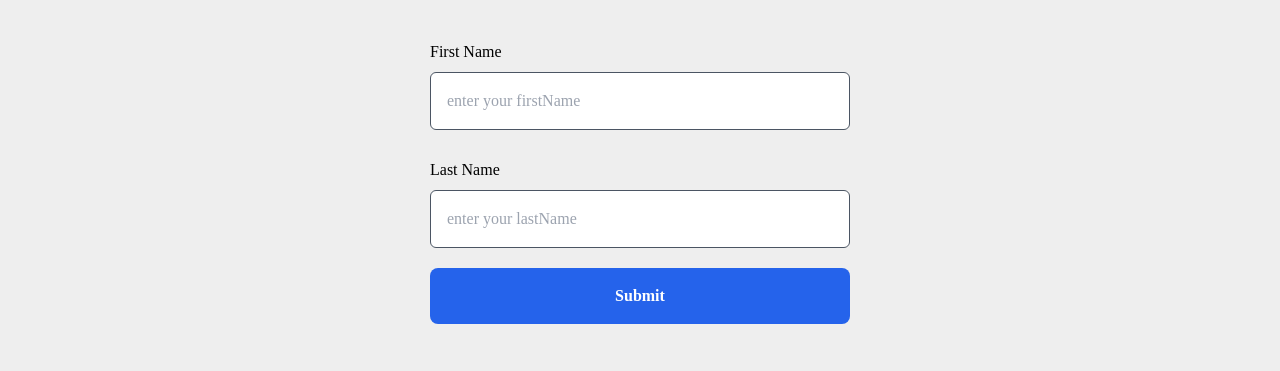
Repository: 16-Doffy/Fe-Khhoahoc
Page: /
An editor plug-in stored every save of this project. The page is shown before and after the next save, followed by the edit.
The browser window is 1280 px wide. The pictures show the whole page.
The project was rebuilt for these pictures with package versions that can differ from the ones it lists, and the page was loaded fresh each time. Also part of the build but not shown: src/App.css.

Above is the page before, as saved 2025-02-11 19:55:02.

After the next save:
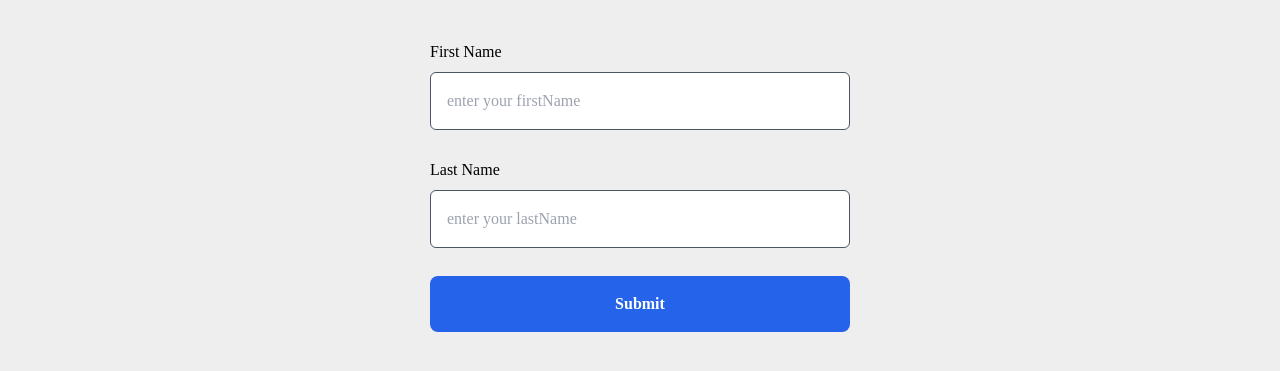
Saved 13 s later.
--- a/src/components/Form/SignUpFormV2.js
+++ b/src/components/Form/SignUpFormV2.js
@@ -43,7 +43,9 @@ const SignUpFormV2 = () => {
             placeholder="enter your lastName"
             className="p-4 rounded-md border border-gray-600"
           ></Field>
-          <ErrorMessage name="lastName"></ErrorMessage>
+            <div className="text-sm text-red-500">
+          <ErrorMessage name="lastName" ></ErrorMessage>
+          </div>
         </div>
 
         <div>
